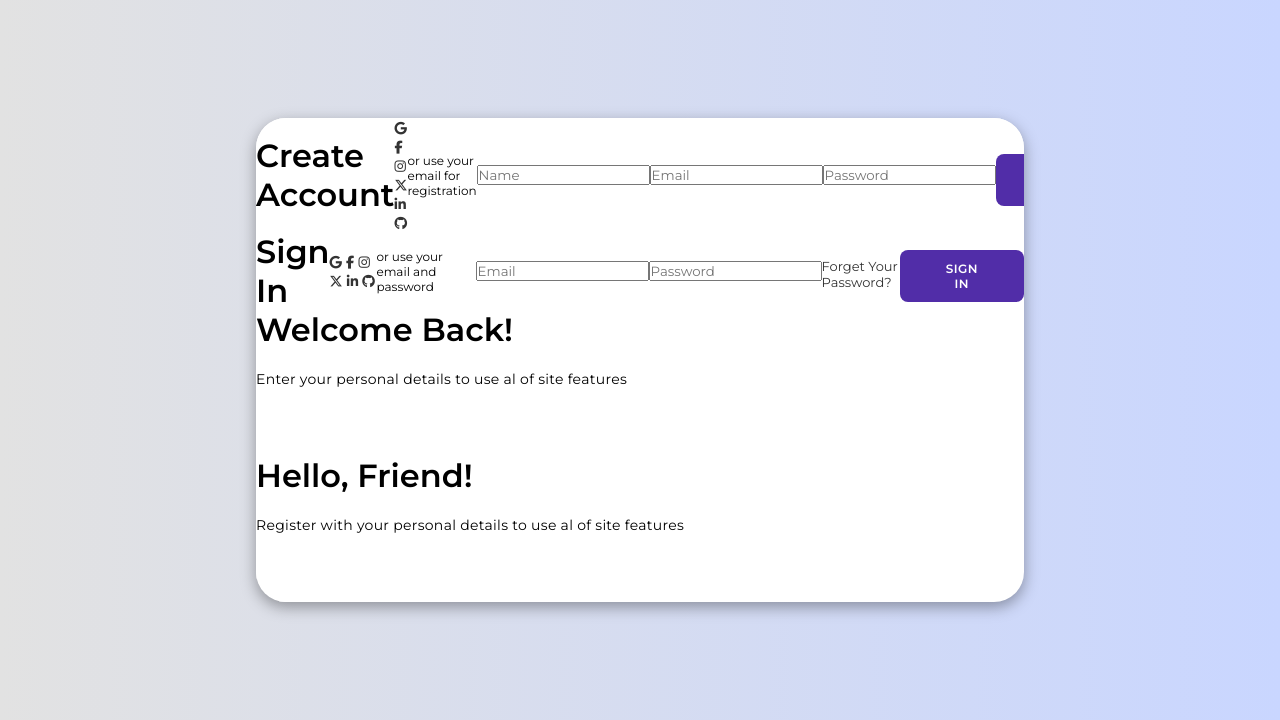
Repository: DevMike1993/Animated_Login_Page
Page: index.html
The author's editor kept a copy of each file at every save. The page is drawn from the files as they stood at one save, then again after the next save.
The browser window is 1280 px wide. The pictures show the whole page.

Above is the page before, as saved 2023-12-17 20:03:14.

After the next save:
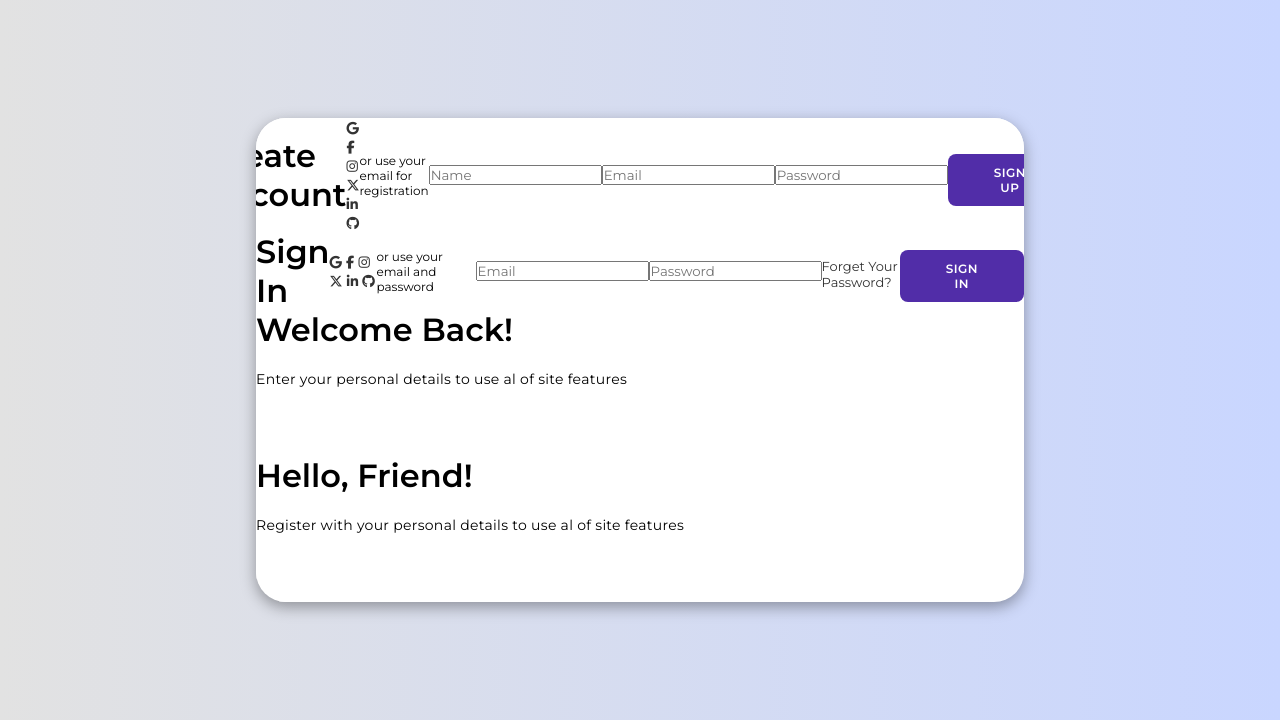
Saved 7 s later.
--- a/style.css
+++ b/style.css
@@ -69,5 +69,6 @@ body{
     background-color: #fff;
     display: flex;
     align-items: center;
-    ju
+    justify-content: center;
+
 }
